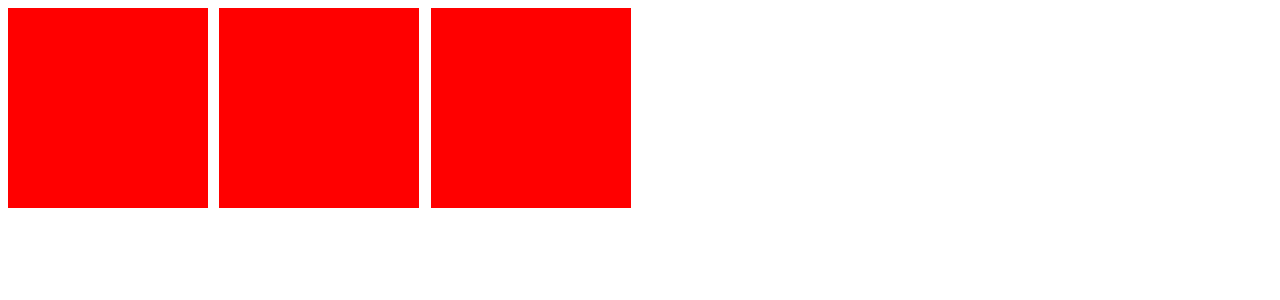
Repository: wonjunknag/kakao-clone
Page: 05-flex/index.html
These files come from the project's save history. The page is drawn as it stood at one moment and after the next save; the edit follows.
The browser window is 1280 px wide. The pictures show the whole page.

Above is the page before, as saved 2020-07-05 07:24:05.

After the next save:
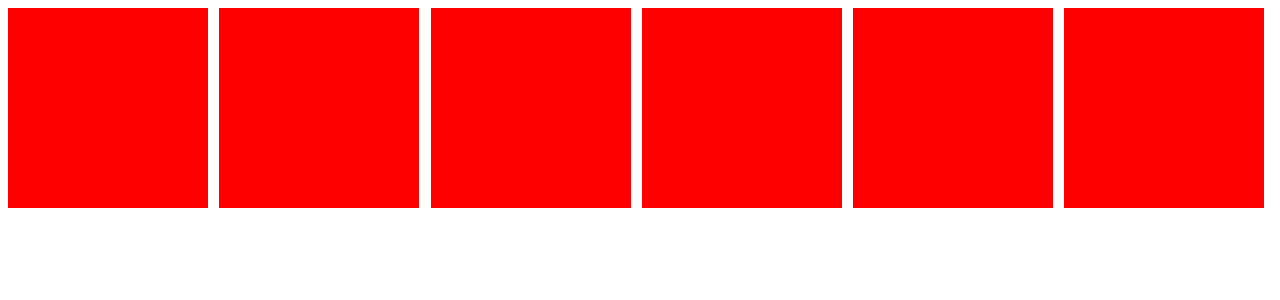
Saved 20 s later.
--- a/05-flex/index.html
+++ b/05-flex/index.html
@@ -19,5 +19,8 @@
     <div class="box"></div>
     <div class="box"></div>
     <div class="box"></div>
+    <div class="box"></div>
+    <div class="box"></div>
+    <div class="box"></div>
   </body>
 </html>

After the save that followed:
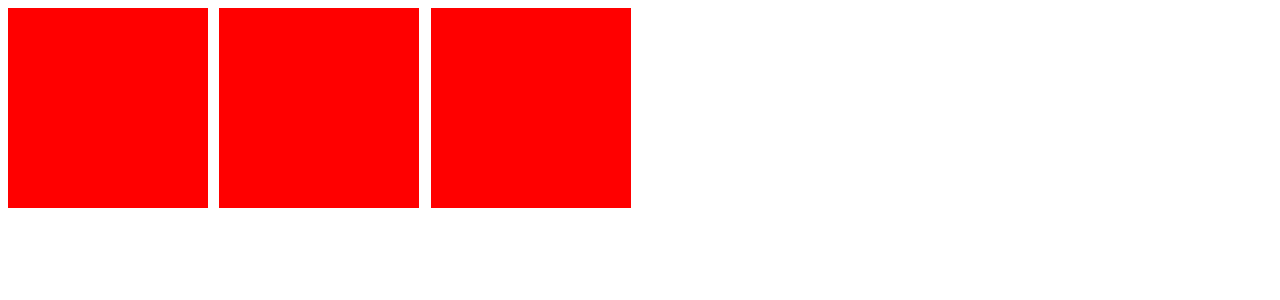
Saved 2 min 47 s later.
--- a/05-flex/index.html
+++ b/05-flex/index.html
@@ -16,11 +16,10 @@
     </style>
   </head>
   <body>
-    <div class="box"></div>
-    <div class="box"></div>
-    <div class="box"></div>
-    <div class="box"></div>
-    <div class="box"></div>
-    <div class="box"></div>
+    <div class="father">
+      <div class="box"></div>
+      <div class="box"></div>
+      <div class="box"></div>
+    </div>
   </body>
 </html>
